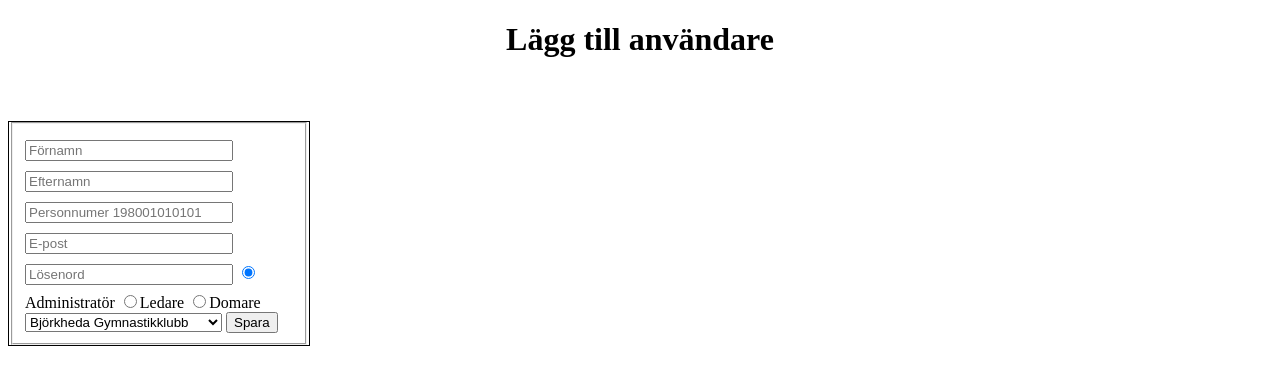
Repository: js223kz/1DV404_HT14_E4_4_JS223KZ
Page: adduser.html
The author's editor kept a record of every edit. The page is drawn from the files as they stood at one moment, then again after the next edit.
The browser window is 1280 px wide. The pictures show the whole page.
Some web fonts or font styles are not loaded; a fallback is used.

Above is the page before.

After the next edit:
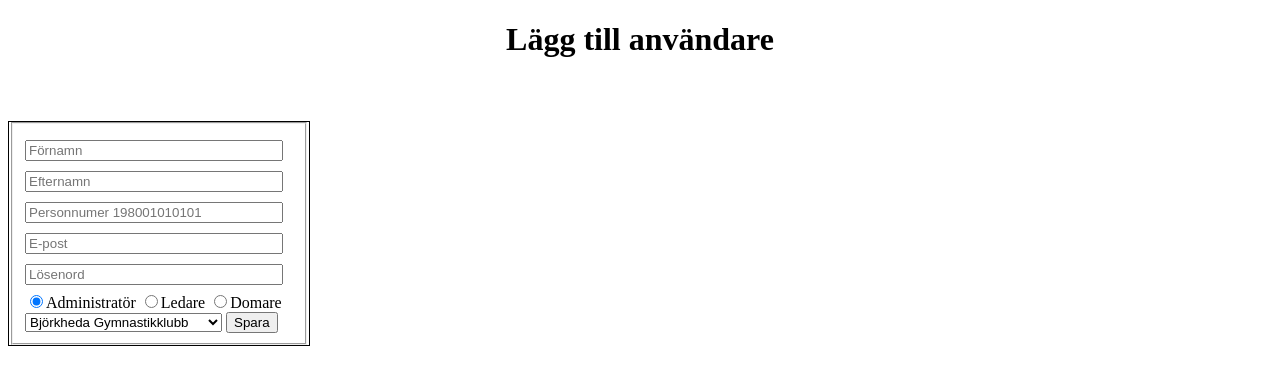
The edit:
--- a/css/main.css
+++ b/css/main.css
@@ -28,7 +28,7 @@
     height: auto;
 }
 .adduserinput{
-    width: 200px;
+    width: 250px;
     margin-top: 10px;
 }
 .adduserradio{
